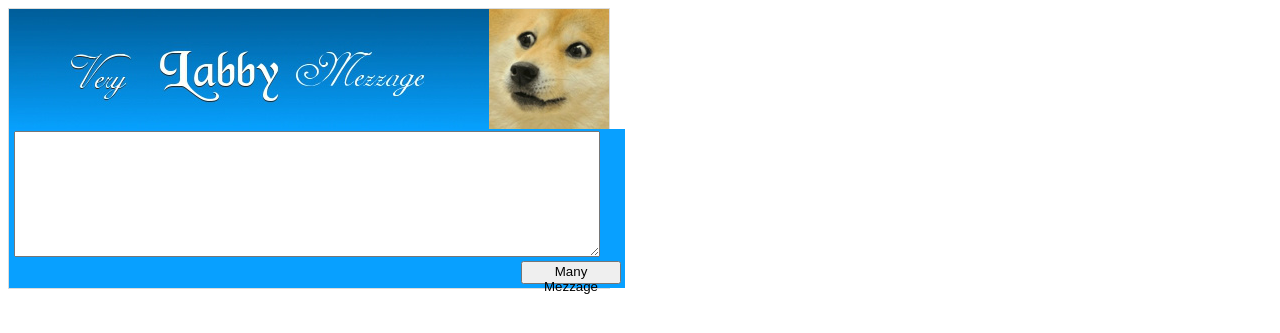
Repository: cg222im/1dv403-laborationer
Page: 2-labbymezzage/index.html
The author's editor kept a record of every edit. The page is drawn from the files as they stood at one moment, then again after the next edit.
The browser window is 1280 px wide. The pictures show the whole page.

Above is the page before.
Console error: TypeError: this.updateNumberofMessages is not a function

### 2-labbymezzage/index.html
<!DOCTYPE html>
<html lang="sv">
<head>
	<meta charset="UTF-8" />
 	<title>1DV403 l02 - Labby Mezzage</title>
 	<link rel = "stylesheet" type = "text/css" href = "style.css" />
</head>

<body>
    <div id="main">
        <div id="logo">

        </div>
    </div>

    <script type="text/javascript" src="message.js"></script>
	<script type="text/javascript" src="messageboard.js"></script>

</body>
</html>

### 2-labbymezzage/style.css
#main
{
    width: 600px;
    padding: 1px;
    height: auto;
    background-color: #DCDCDC;
}

#logo
{
    display: block;
    width: 600px;
    height: 120px;
    background-image: url("img/logo.jpg");
    background-repeat: no-repeat;
    margin-left: auto;
    margin-right: auto;

}

.messageBoard
{
    margin-left: auto;
    margin-right: auto;
    padding-left: 5px;
    padding-right: 11px;
    padding-bottom: 27px;
    width: 600px;
    height: auto;
    background-color: #08a0ff;
}

.messageContainer
{
    padding-top: 2px;
    padding-left: 5px;
}

.numberOfMessages
{
    float: right;
    padding-top: 20px;
    font-weight:bold;
}

.textAreaInput
{
    width: 580px;
    height: 120px;
    overflow: auto;
}

.messageButton
{
    float: right;
    margin-right: -7px;
    width: 100px;
    height: 23px;
}

.timeStamp
{
    font-size: 12px;
    font-weight: bold;
}

.message
{
    background-color: green;
    border-style: dashed;
    border-width: 2px;
    border-color: blue;
    margin-top: 5px;
}

.close
{
    width: 16px;
    height: 16px;
    float: right;
    position: relative;
    top: -17px;
    right: 1px;
    background-image: url();
    background-repeat: no-repeat;
}

.dateAlert
{

}

### 2-labbymezzage/message.js

function Message(message, date)
{
    this.getText = function(){
        return message;
    };

    this.setText = function(_text){
        message = _text;
    };

    this.getDate = function(){
        return date;
    };

    this.setDate = function(_date){
        date = _date;
    };
}

Message.prototype.toString = function(){
    return this.getText() +" ("+this.getDate()+")";
};

Message.prototype.getHTMLText = function(){
    return this.GetText().replace(/[\n\r]/g, "<br />");
};

Message.prototype.getDateText = function (){
    return this.getDate().toLocaleTimeString();
};

### 2-labbymezzage/messageboard.js
function MessageBoard(boardId) //kan slänga in boardId för flera brädor
{
    // Skapar array för meddelanden
    var messages = [];

    this.getMessages = function()
    {
        return messages;
    };

    this.addMessage = function(message)
    {
        messages.push(message);
    };

    this.removeMessage = function (messageId)
    {
        messages.splice(messageId, 1);
    };


    var main = document.getElementById("main");

    // Laddar MessageBoard
    this.renderMessageBoard(main, boardId);

    // Laddar antal meddelanden
    this.updateNumberofMessages();

    // Laddar meddelanden
    this.renderMessages();
}

MessageBoard.prototype.renderMessageBoard = function(main, _boardId)
{
    var that = this;

    // Skapar meddelandetavla
    var boardNode = document.createElement("div");
    boardNode.id = _boardId;
    boardNode.className = "messageBoard";

    // Skapar behållare för meddelanden
    var messageContainerNode = document.createElement("div");
    messageContainerNode.className="messageContainer";

    // Skapar element som räknar antal meddelanden
    var numberOfMessages = document.createElement("div");
    numberOfMessages.className = "numberOfMessages";

    // Skapar plats för input
    var textArea = document.createElement("textArea");
    textArea.className = "textAreaInput";
    textArea.keypress = function(e)
    {
        that.textAreaEventHandler();
        return false;
    };

    // Skapar knapp för att sända meddelande
    var submitButton = document.createElement("button");
    submitButton.className = "messageButton";
    submitButton.innerHTML = "Many Mezzage";
    submitButton.onclick = function(e)
    {
        that.submitButtonOnClick(textArea);
        return false;
    };

    // Lägger till noder till DOMen
    main.appendChild(boardNode);
    boardNode.appendChild(messageContainerNode);
    boardNode.appendChild(numberOfMessages);
    boardNode.appendChild(textArea);
    boardNode.appendChild(submitButton);
};

// Funktionalitet för knappen  ----- kommer inte åt Message() ??
MessageBoard.prototype.submitButtonOnClick = function(textArea)
{
    // Hämtar texten för meddelandet
    var text = textArea.value;

    // Felhantering, om något är skrivet
    if (text.length > 0)
    {
        // Skapa ett nytt meddelande --- Varför vill den inte?   <------------
        var newMessage = new Message(text, new Date());

        // Lägger till meddelande till array
        this.addMessage(newMessage);

        // Laddar det nya meddelandet
        this.renderMessage(this.getMessages().length-1);

        // Uppdaterar antal meddelanden
        this.updateNumberOfMessages();
    }
    textArea.value = "";
};

// Funktionalitet för knappen - Enter key
MessageBoard.prototype.textAreaEventHandler = function(e)
{
    if(!e) e = window.event;
    if (e.keyCode == 13)
    {
        MessageBoard.submitButtonOnClick();
    }
};

// Funktionalitet för att skriva ut meddelande
MessageBoard.prototype.renderMessage = function(messageId)
{
    var that = this;

    // Skapar nod för meddelande
    var newMessageNode = document.createElement("div");
    newMessageNode.className = "message";
    console.log("skapar nod för meddelande");

    // Skapar sträng för innehåll och lägg till innehåll till sidan
    var htmlString =    "<div>" + this.getMessages()[messageId].getHTMLText() + "</div>" +
                        "<div class=\"timeStamp\">" + this.getMessages()[messageId].getTimeStamp() + "</div>";
    newMessageNode.innerHTML = htmlString;
    console.log("skapar sträng för innehål");

    // Skapar element för stängning av meddelande
    var closeNode = document.createElement("div");
    closeNode.className = "close";
        console.log("blesk1");

    // Skapar element för att visa datum och tid
    var dateAlertNode = document.createElement("div");
    dateAlertNode.className = "dateAlert";

    // Lägger till elementen till meddelandet
    newMessageNode.appendChild(closeNode);
    newMessageNode.appendChild(dateAlertNode);

    // Skapar onclick event
    closeNode.onclick = function(){that.removeMessage(messageId)};
    dateAlertNode.onclick = function(){that.showDateTimeAlert(messageId)};

    // Lägger till det nya meddelandet till en behållare
    var messageElements = document.getElementsByClassName("messageContainer");
    for (var elementId = 0; elementId < messageElements.length; elementId++)
    {
        messageElements[elementId].appendChild(newMessageNode);
    }
};

// Funktionalitet för att rensa och skriva ut meddelanden
MessageBoard.prototype.renderMEssages = function()
{
    document.getElementsByClassName("messageContainer").innerHTML = "";
    for (var i = 0; i < this.getMessages().length; i++)
    {
        this.renderMessage(i);
    }
};

// Funktionalitet för att uppdatera antal meddelanden
MessageBoard.prototype.updateNumberOfMessages = function()
{
    var elements = document.getElementsByClassName("numberOfMessages");
    var numberString = "How many wow: " + this.getMessages().length;
    for (var i = 0; i < elements.length; i++)
    {
        elements[i].innerHTML = numberString;
    }
};

// Funktionalitet för att skrika ut när ett meddelande skrivits
MessageBoard.prototype.showDateTimeAlert = function(messageId)
{
    var that = this;
    var alertMessage = "When wow: " + that.getMessages()[messageId].getFormatedDateTime();
    alert(alertMessage);
};

// Funktionalitet för att radera meddelanden
MessageBoard.prototype.removeMessage = function(messageId)
{
    var that = this;
    if (window.confirm("Remove wow?"))
    {
        that.removeMessage(messageId);
        this.renderMessages();
        this.updateNumberOfMessages();
    }
};

window.onload = function()
{
    new MessageBoard("board1");
    new MessageBoard("board2");
};

After the next edit:
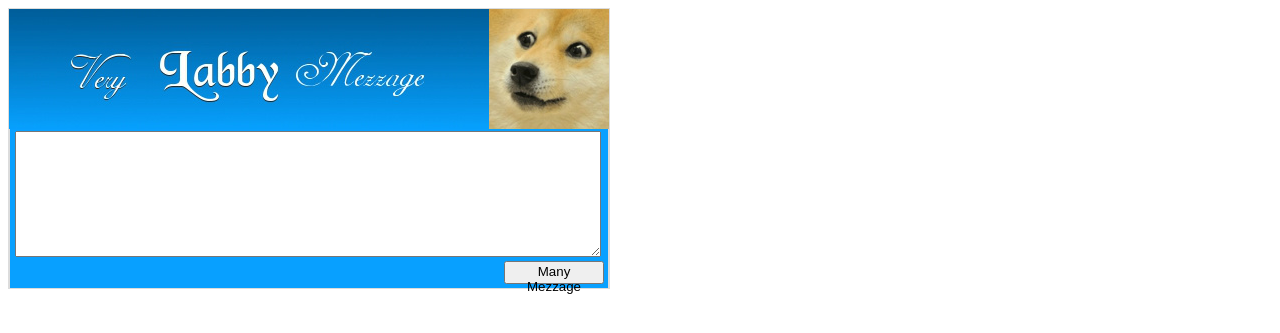
The edit:
--- a/2-labbymezzage/style.css
+++ b/2-labbymezzage/style.css
@@ -25,7 +25,7 @@
     padding-left: 5px;
     padding-right: 11px;
     padding-bottom: 27px;
-    width: 600px;
+    width: 582px;
     height: auto;
     background-color: #08a0ff;
 }
